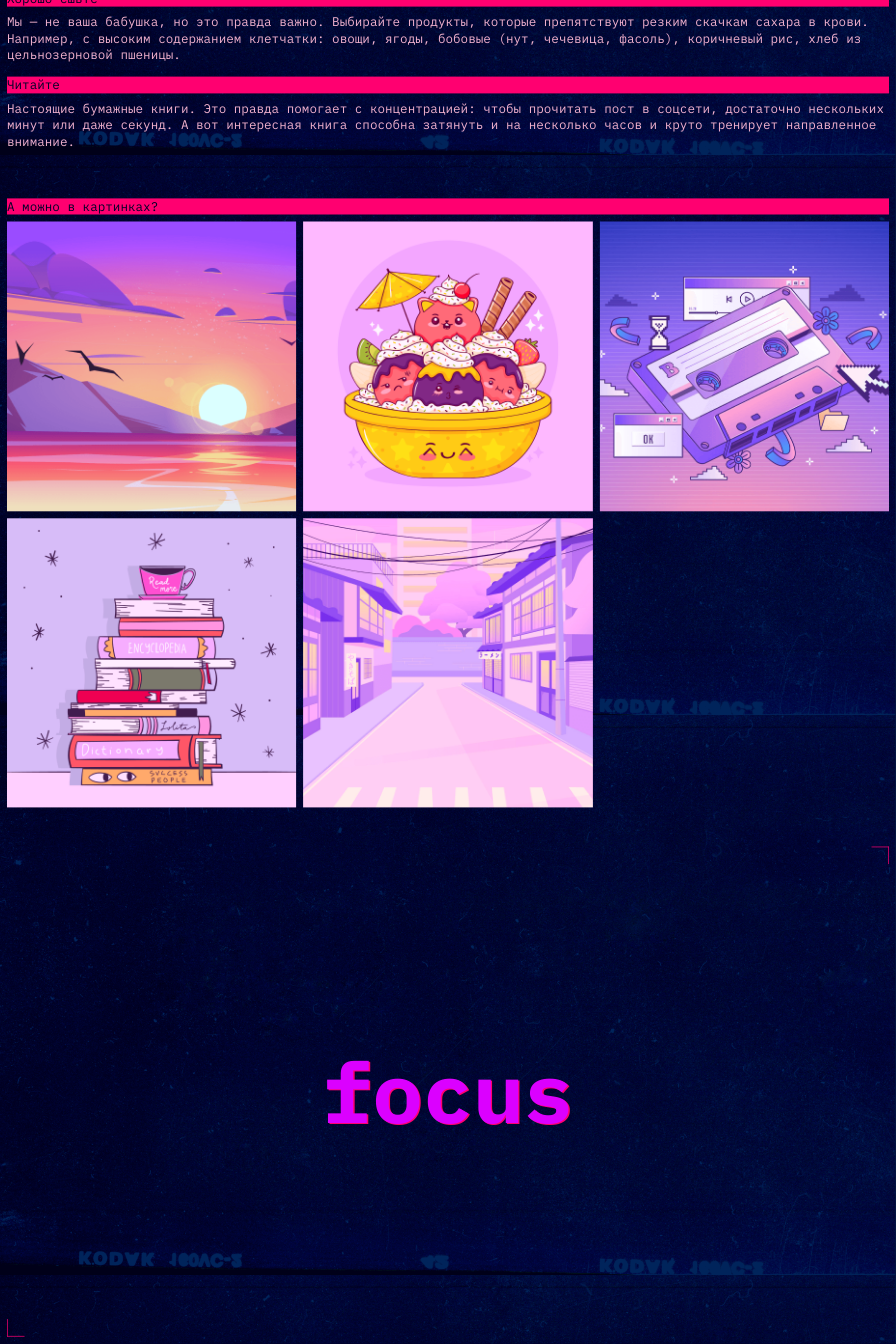
Repository: NikWolf75/slozhno-sosredotochitsya-fd
Page: index.html
An editor plug-in stored every save of this project. The page is shown before and after the next save, followed by the edit.
The browser window is 1280 px wide. The pictures show the part of the page from y = 2178 to 4098 px (the page is 4098 px tall before and 4084 px after), at 70% of full size.
Backgrounds fixed to the window are drawn as part of the page.

Above is the page before, as saved 2025-02-27 12:00:29.

After the next save:
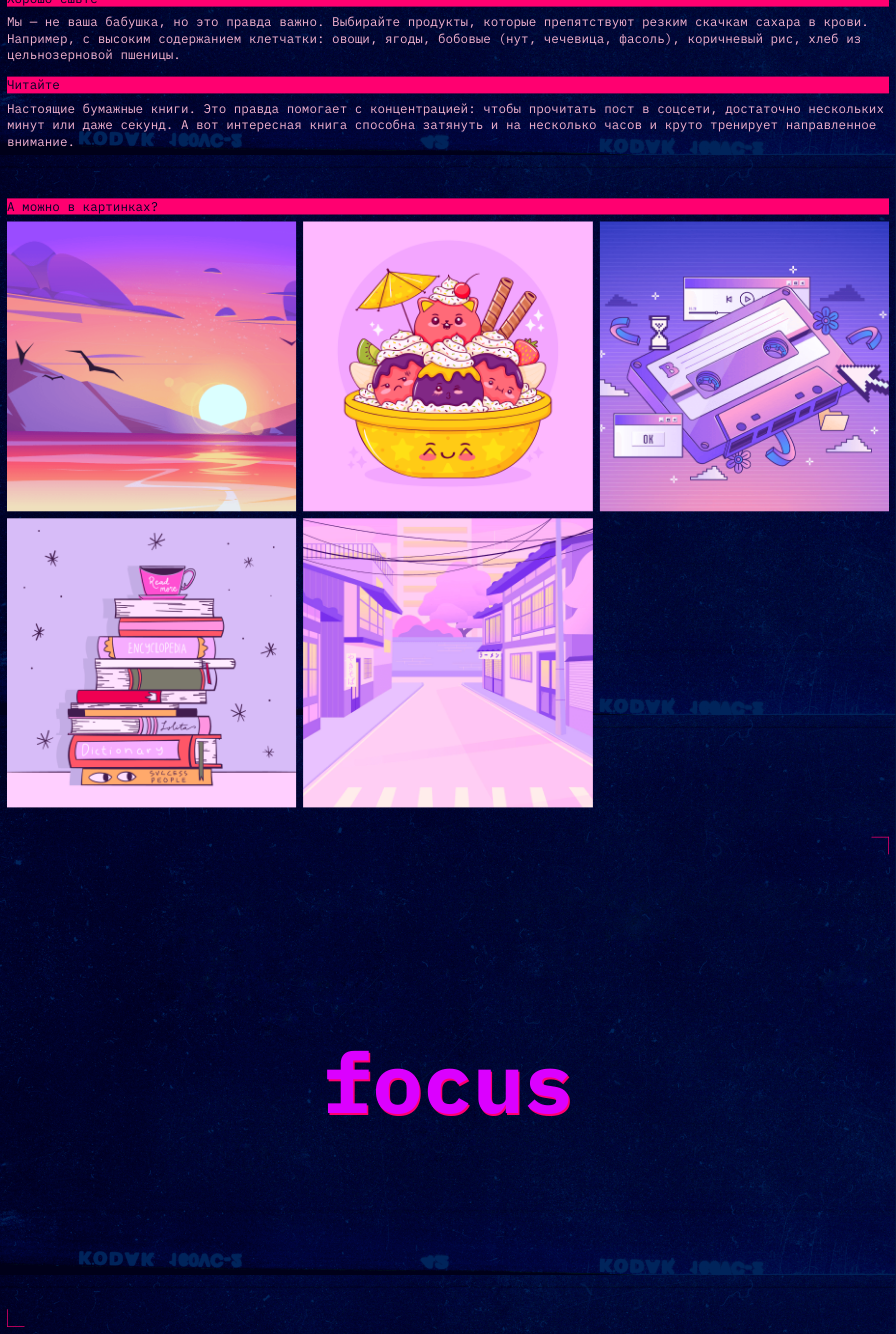
Saved 8 s later.
--- a/styles/style.css
+++ b/styles/style.css
@@ -195,7 +195,7 @@ gap: 0;
   grid-template-columns: repeat(auto-fill, minmax(355px, 1fr));
   gap: 10px;
   inline-size: 100%;
-  margin-bottom: 14px;
+
 }
 
 .content__section-image {
